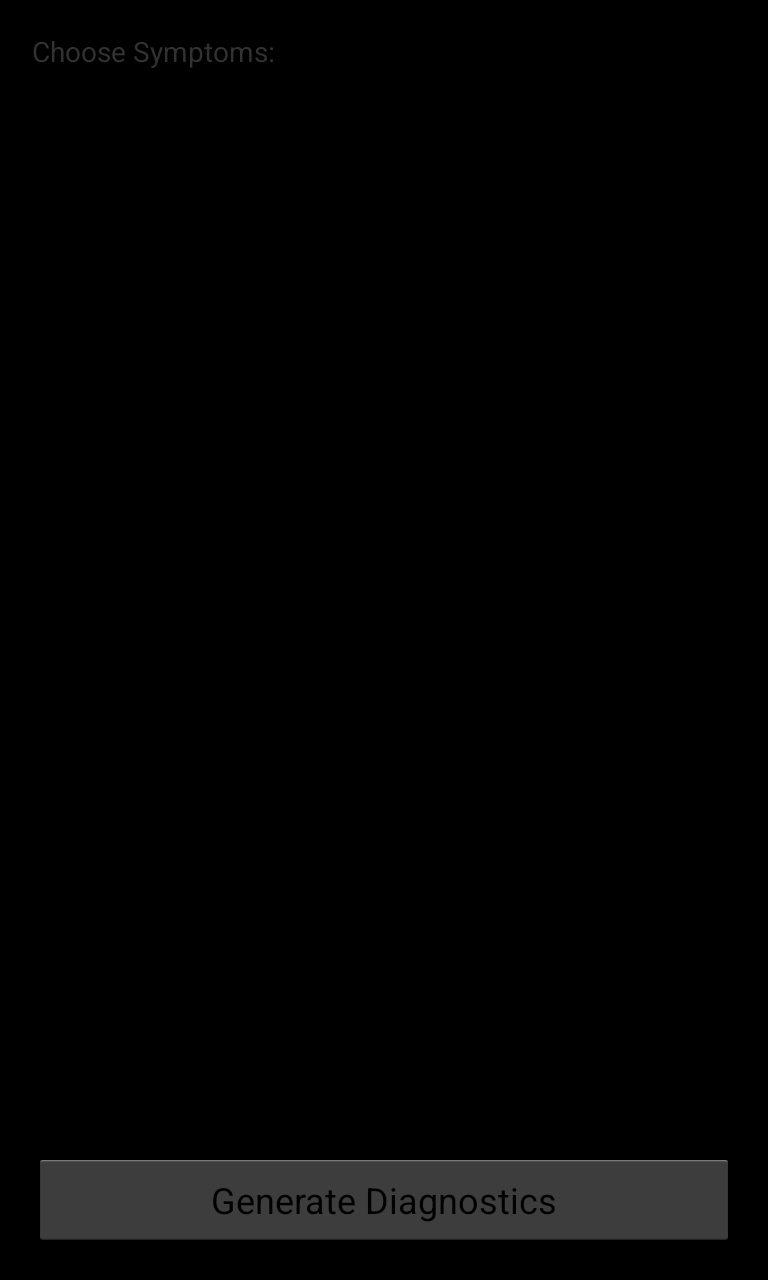
Repository: diogosufil/AcupunturaClienteAndroid
Layout: AcupunturaClienteAndroid/res/layout/activity_symptoms.xml
An editor plug-in stored every save of this project. The layout is shown before and after the next save, followed by the edit.
It is drawn on a 768 x 1280 px phone screen (xhdpi) without system bars, with theme AppTheme; the app's code is not run. Lists and similar views that code fills are empty.

Above is the layout before, as saved 2015-01-07 22:27:33.

After the next save:
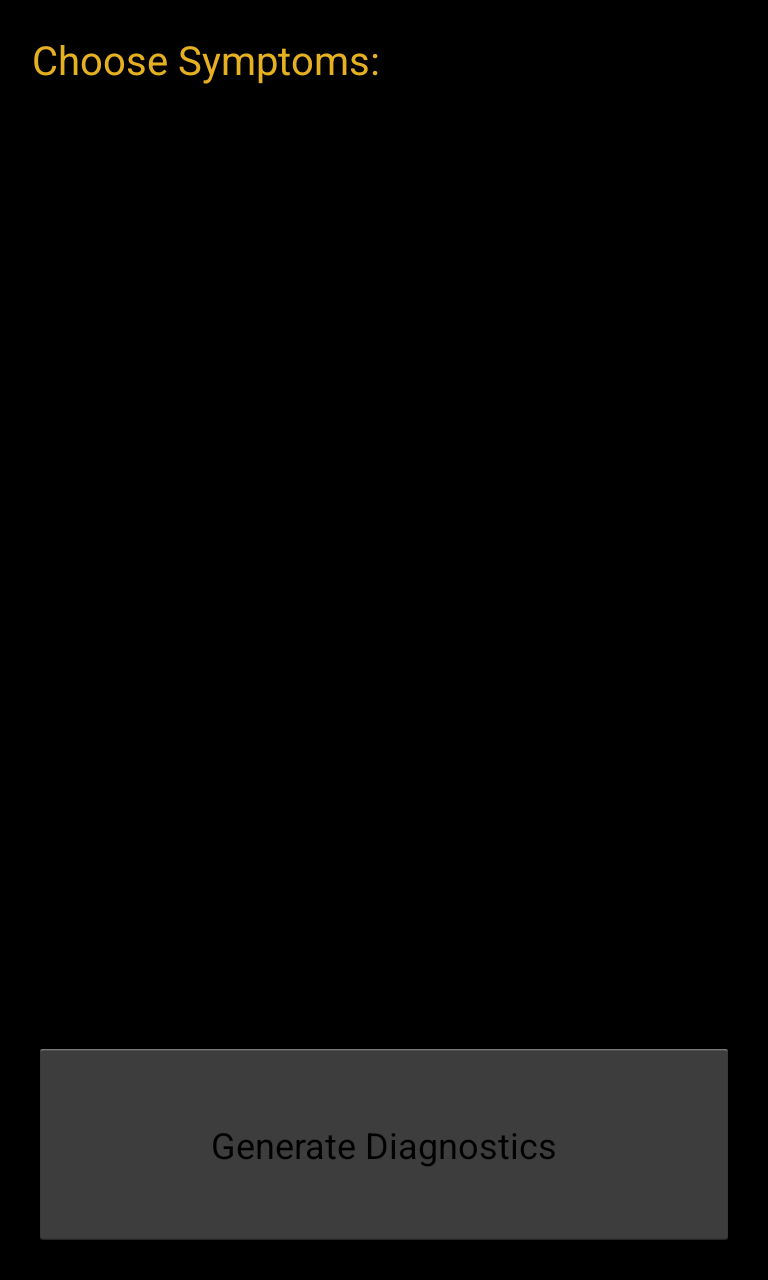
Saved 4 min 11 s later.
--- a/AcupunturaClienteAndroid/res/layout/activity_symptoms.xml
+++ b/AcupunturaClienteAndroid/res/layout/activity_symptoms.xml
@@ -14,7 +14,9 @@
     <TextView
         android:layout_width="wrap_content"
         android:layout_height="wrap_content"
-        android:text="@string/chooseSymptoms" />
+        android:text="@string/chooseSymptoms"
+        android:textColor="@color/gold"
+        android:textSize="20sp" />
 
     <ListView
         android:id="@+id/listViewDiag"
@@ -27,6 +29,7 @@
         android:id="@+id/buttonGeraDiagn"
         android:layout_width="match_parent"
         android:layout_height="wrap_content"
+        android:layout_weight="0.15"
         android:text="@string/generateDiagnostics" />
 
 </LinearLayout>
